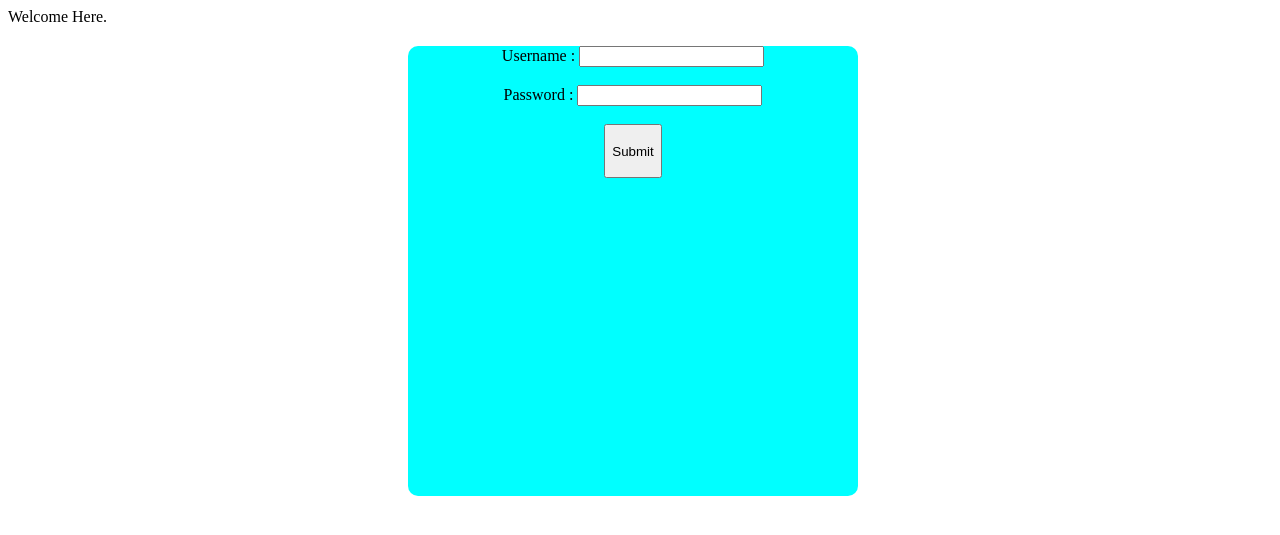
Repository: sunil965/JavaRepo
Page: WebProject/WebContent/index.html
The author's editor kept a copy of each file at every save. The page is drawn from the files as they stood at one save, then again after the next save.
The browser window is 1280 px wide. The pictures show the whole page.

Above is the page before, as saved 2017-04-26 11:26:59.

After the next save:
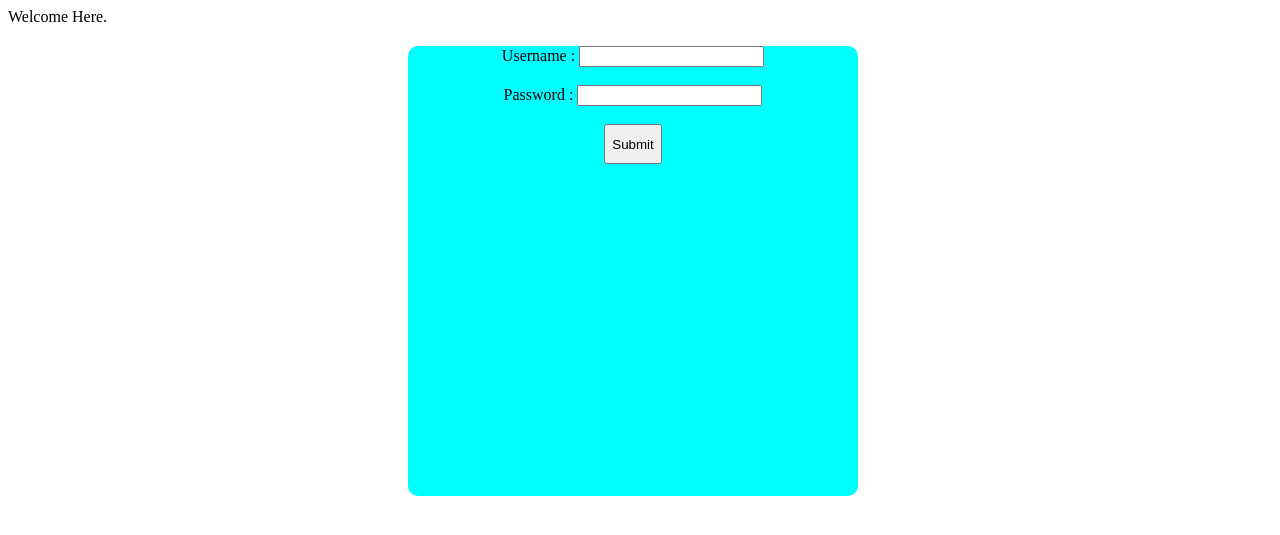
Saved 99 s later.
--- a/WebProject/WebContent/index.html
+++ b/WebProject/WebContent/index.html
@@ -25,7 +25,7 @@
 <form action="LoginServlet" method="get" style="height: 231px; ">
 Username : <input type="text" id="name"><br><br>
 Password : <input type="password" id="name"><br><br>
-<input type="submit" style="height: 54px; ">
+<input type="submit" style="height: 40px; ">
 </form>
 </center>
 </div>
